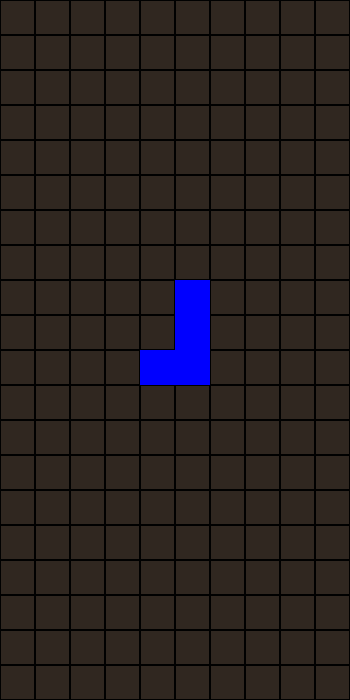
Repository: lucacdev/Tetris
Script's output: python main.py
The author's editor kept a copy of each file at every save. The script's output is drawn from the files as they stood at one save, then again after the next save.
The window is shown after at most 60 frames with no key pressed. Random numbers start from a fixed seed.

Above is the script's output before, as saved 2024-02-29 18:46:46.

### main.py
from settings import *
from tetris import Tetris
import sys

class App:
    def __init__(self):
        pg.init()
        pg.display.set_caption('Tetris')
        self.screen = pg.display.set_mode(FIELD_RES)
        self.clock = pg.time.Clock()
        self.tetris = Tetris(self)

    def update(self):
        self.tetris.update()
        self.clock.tick(FPS)

    def draw(self):
        self.screen.fill(color=FIELD_COLOUR)
        self.tetris.draw()
        pg.display.flip()

    def check_events(self):
        for event in pg.event.get():
            if event.type == pg.QUIT or (event.type == pg.KEYDOWN and event.key == pg.KEY_ESCAPE):
                pg.quit()
                sys.exit()

    def run(self):
        while True:
            self.check_events()
            self.update()
            self.draw()

if __name__ == '__main__':
    app = App()
    app.run()

### settings.py
import pygame as pg

vec = pg.math.Vector2

FPS = 60
FIELD_COLOUR = (48, 39, 32)

TILE_SIZE = 35
FIELD_SIZE = FIELD_W, FIELD_H = 10, 20
FIELD_RES = FIELD_W * TILE_SIZE, FIELD_H * TILE_SIZE

INIT_POS_OFFSET = vec(FIELD_SIZE) // 2
MOVE_DIRECTIONS = {'left': vec(-1, 0), 'right': vec(1, 0), 'down': vec(0, 1)}

TETROMINOES = {
    'T' : [(0, 0), (-1, 0), (1, 0), (0, -1)],
    'O' : [(0, 0), (0, -1), (1, 0), (1, -1)],
    'J' : [(0, 0), (-1, 0), (0, -1), (0, -2)],
    'L' : [(0, 0), (1, 0), (0, -1), (0, -2)],
    'I' : [(0, 0), (0, 1), (0, -1), (0, -2)],
    'S' : [(0, 0), (-1, 0), (0, -1), (1, -1)],
    'Z' : [(0, 0), (1, 0), (0, -1), (-1, -1)]
}

### tetris.py
from settings import *
import math
from tetromino import Tetromino

class Tetris:
    def __init__(self, app):
        self.app = app
        self.sprite_group = pg.sprite.Group()
        self.tetromino = Tetromino(self)

    def draw_grid(self):
        for x in range (FIELD_W):
            for y in range (FIELD_H):
                pg.draw.rect(self.app.screen, 'black',
                             (x * TILE_SIZE, y * TILE_SIZE, TILE_SIZE, TILE_SIZE), 1)

    def update(self):
        self.tetromino.update()
        self.sprite_group.update()

    def draw(self):
        self.draw_grid()
        self.sprite_group.draw(self.app.screen)

### tetromino.py
from settings import *
import random

class Block(pg.sprite.Sprite):
    def __init__(self, tetromino, pos):
        self.tetromino = tetromino
        self.pos = vec(pos) + INIT_POS_OFFSET

        super().__init__(tetromino.tetris.sprite_group)
        self.image = pg.Surface([TILE_SIZE, TILE_SIZE])
        self.image.fill('blue')

        self.rect = self.image.get_rect()
        self.rect.topleft = self.pos * TILE_SIZE

        def update(self):
            self.set_rect_pos()

class Tetromino:
    def __init__(self, tetris):
        self.tetris = tetris
        self.shape = random.choice(list(TETROMINOES.keys()))
        self.blocks = [Block(self, pos) for pos in TETROMINOES[self.shape]]

    def move(self, direction):
        move_direction = MOVE_DIRECTIONS[direction]
        for block in self.blocks:
            block.pos += move_direction

    def update(self):
        self.move(direction='down')

After the next save:
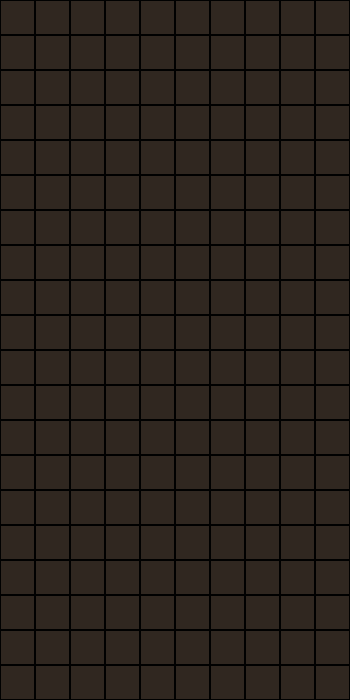
Saved 109 s later.
--- a/tetromino.py
+++ b/tetromino.py
@@ -9,12 +9,13 @@
         super().__init__(tetromino.tetris.sprite_group)
         self.image = pg.Surface([TILE_SIZE, TILE_SIZE])
         self.image.fill('blue')
+        self.rect = self.image.get_rect()
 
-        self.rect = self.image.get_rect()
+    def set_rect_pos(self):
         self.rect.topleft = self.pos * TILE_SIZE
 
-        def update(self):
-            self.set_rect_pos()
+    def update(self):
+        self.set_rect_pos()
 
 class Tetromino:
     def __init__(self, tetris):
